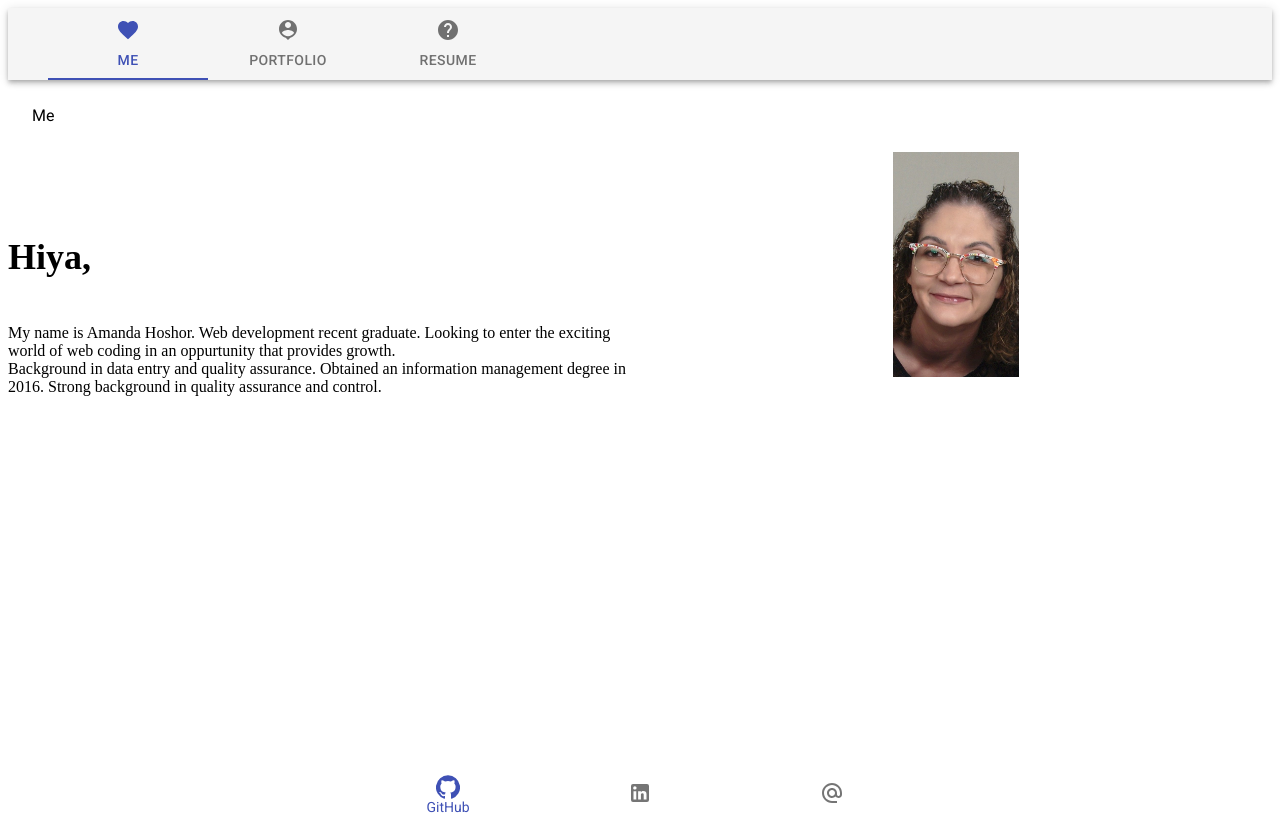
Repository: mandahos/hoshor
Page: /
The author's editor kept a copy of each file at every save. The page is drawn from the files as they stood at one save, then again after the next save.
The browser window is 1280 px wide. The pictures show the whole page.
The project was rebuilt for these pictures with package versions that can differ from the ones it lists, and the page was loaded fresh each time. Also part of the build but not shown: src/components/Portfolio/index.js, src/components/Resume/index.js. Imported but missing from the stored project, and not drawn on this page: src/assets/resume/Amanda_Hoshor_Resume.PDF, src/assets/resume/Resume_Hoshor (1).pdf.

Above is the page before, as saved 2021-08-19 22:39:55.

After the next save:
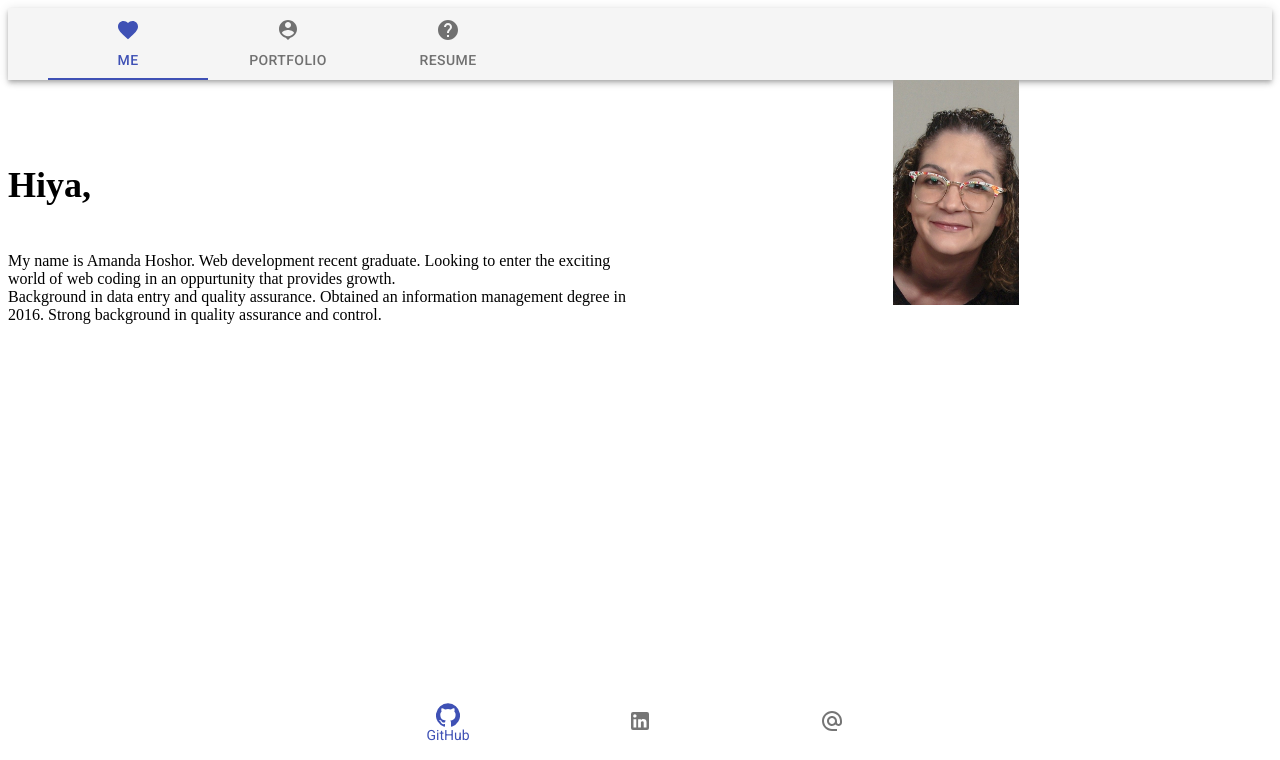
Saved 75 s later.
--- a/src/components/Navigation/index.js
+++ b/src/components/Navigation/index.js
@@ -87,7 +87,7 @@ export default function ScrollableTabsButtonForce() {
       </AppBar>
 
 
-      <TabPanel value={value } index={0}  >
+      {/* <TabPanel value={value } index={0}  >
       Me
       </TabPanel>
       <TabPanel value={value } index={1}  >
@@ -95,7 +95,7 @@ export default function ScrollableTabsButtonForce() {
       </TabPanel>
       <TabPanel value={value} index={2} >
         Resume
-      </TabPanel>
+      </TabPanel> */}
 
       {value === 0 && <Me />}
       {value === 1 && <Portfolio />}
